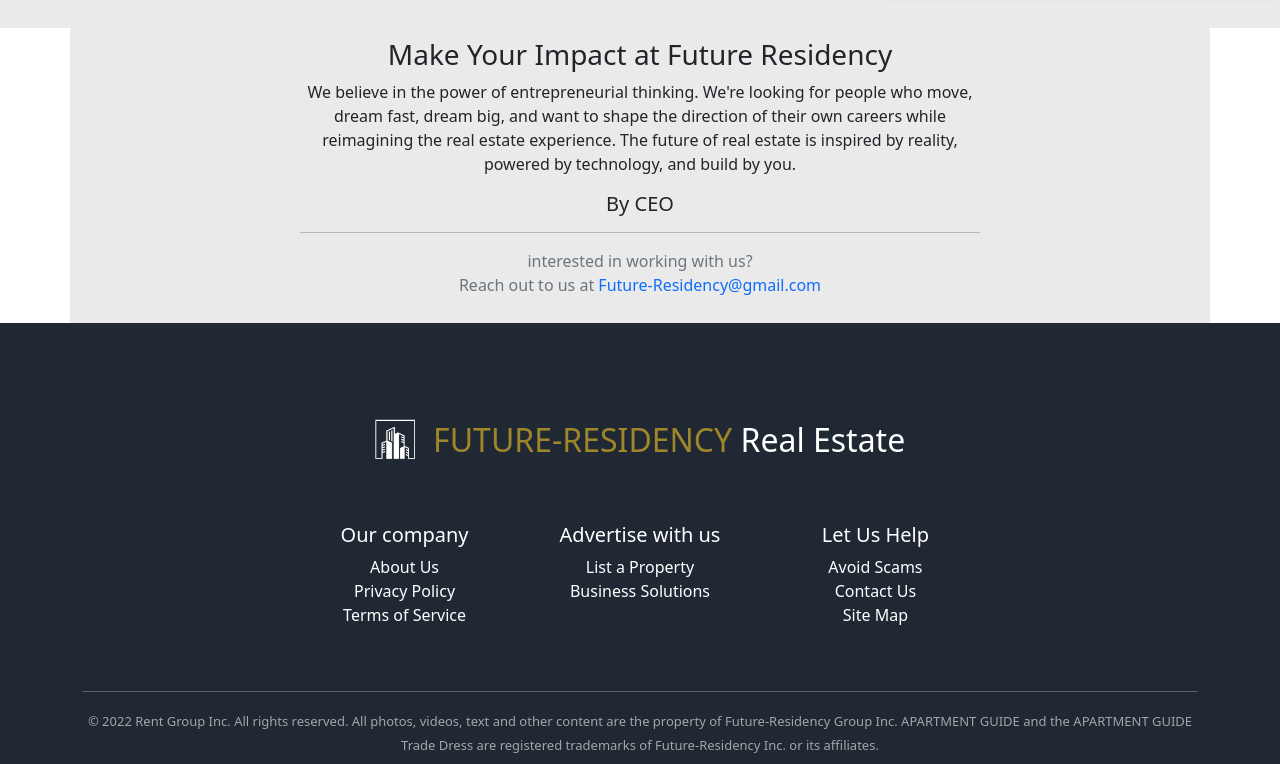
Repository: pyaestk/Future-residency
Page: aboutUs.html
These files come from the project's save history. The page is drawn as it stood at one moment and after the next save; the edit follows.
The browser window is 1280 px wide. The pictures show the part of the page from y = 804 to 1568 px (the page is 1568 px tall).
A picture or video elsewhere on the page could not be fetched, so the positions and the page height are approximate.

Above is the page before, as saved 2022-12-15 15:16:57.

After the next save:
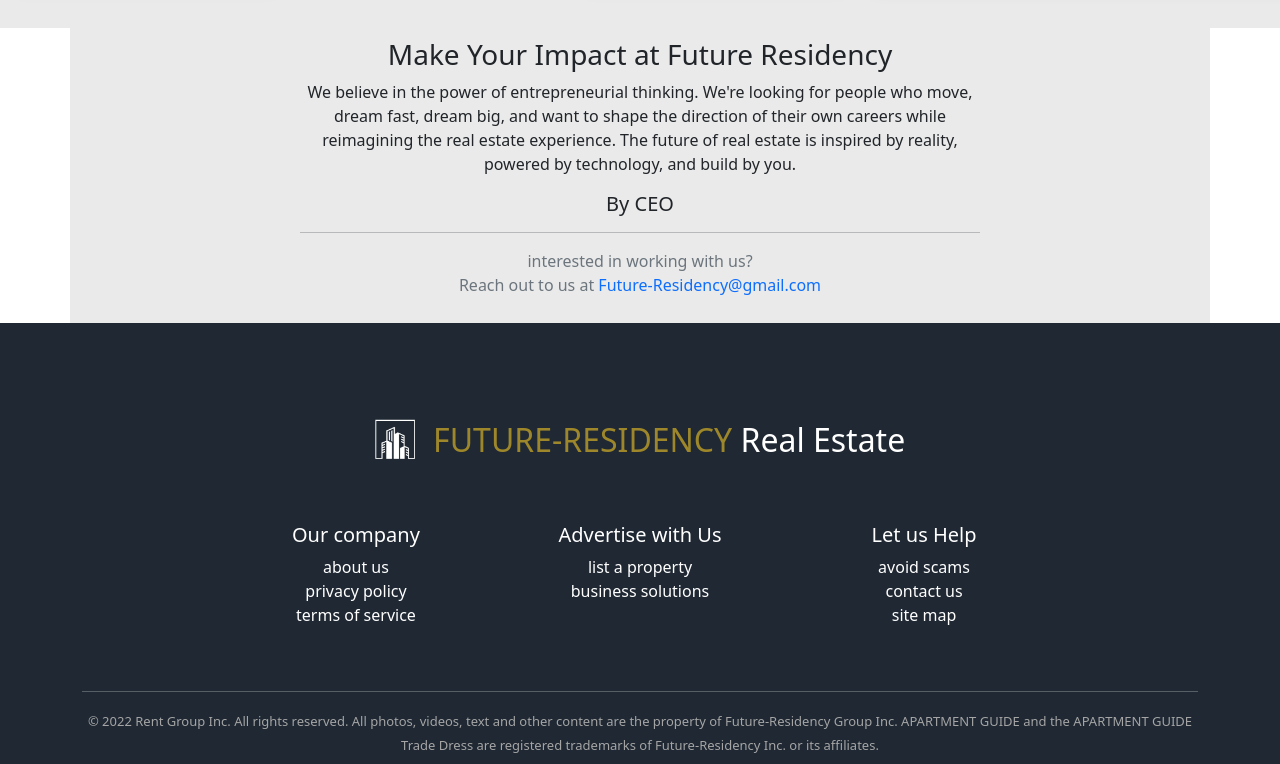
Saved 62 s later.
--- a/aboutUs.html
+++ b/aboutUs.html
@@ -183,49 +183,45 @@
     </div>
 
 
-    <!--footer-->
-    <div class="footer pt-5">
-      <div class="container text-center text-white">
-        <div class="row">
-          <div class="col-md-12 my-5" id="reveal3">
-            <h2><img src="img/FUTURE_ReSIDENCY-removebg-preview-modified.png"
-                alt="logo" class="logo pb-2"><span>
-                FUTURE-RESIDENCY </span> Real Estate</h2>
-          </div>
-        </div>
-        <div class="row pb-5 gap-5 justify-content-md-center">
-          <div class="col col-md-2" id="reveal3">
-            <h5>Our company</h5>
-            <div>About Us</div>
-            <div>Privacy Policy</div>
-            <div>Terms of Service</div>
-          </div>
-          <div class="col-md-auto" id="reveal3">
-            <h5>Advertise with us</h5>
-            <div>List a Property</div>
-            <div>Business Solutions</div>
-          </div>
-          <div class="col col-md-2" id="reveal3">
-            <h5>Let Us Help</h5>
-            <div>Avoid Scams</div>
-            <div>Contact Us</div>
-            <div>Site Map</div>
-          </div>
-        </div>
-        <hr>
-        <div class="row text-center pb-2">
-          <div class="col-md-12">
-            <span class="copyright" id="reveal3">© 2022 Rent Group Inc. All
-              rights reserved. All photos, videos, text and other content
-              are the property of Future-Residency Group Inc. APARTMENT GUIDE
-              and the APARTMENT GUIDE Trade Dress
-              are registered trademarks of Future-Residency Inc. or its
-              affiliates.</span>
-          </div>
-        </div>
-      </div>
-    </div>
-
+  <!--footer-->
+  <div class="footer pt-5">
+    <div class="container text-center text-white">
+      <div class="row">
+        <div class="col-md-12 my-5 reveal3">
+          <h2><img src="img/FUTURE_ReSIDENCY-removebg-preview-modified.png" alt="logo" class="logo pb-2"><span>
+              FUTURE-RESIDENCY </span> Real Estate</h2>
+        </div>
+      </div>
+      <div class="row pb-5 gap-5 justify-content-md-center">
+        <div class="col col-md-3 reveal3">
+          </ul>
+          <h5>Our company</h5>
+          <div>about us</div>
+          <div>privacy policy</div>
+          <div>terms of service</div>
+        </div>
+        <div class="col-md-auto reveal3">
+          <h5>Advertise with Us</h5>
+          <div>list a property</div>
+          <div>business solutions</div>
+        </div>
+        <div class="col col-md-3 reveal3">
+          <h5>Let us Help</h5>
+          <div>avoid scams</div>
+          <div>contact us</div>
+          <div>site map</div>
+        </div>
+      </div>
+      <hr>
+      <div class="row text-center pb-2">
+        <div class="col-md-12">
+          <span class="copyright reveal3">© 2022 Rent Group Inc. All rights reserved. All photos, videos, text and other content
+            are the property of Future-Residency Group Inc. APARTMENT GUIDE and the APARTMENT GUIDE Trade Dress
+            are registered trademarks of Future-Residency Inc. or its affiliates.</span>
+        </div>
+      </div>
+    </div>
+  </div>
 
     <!--swiper js-->
     <script src="https://cdn.jsdelivr.net/npm/swiper@8/swiper-bundle.min.js"></script>
